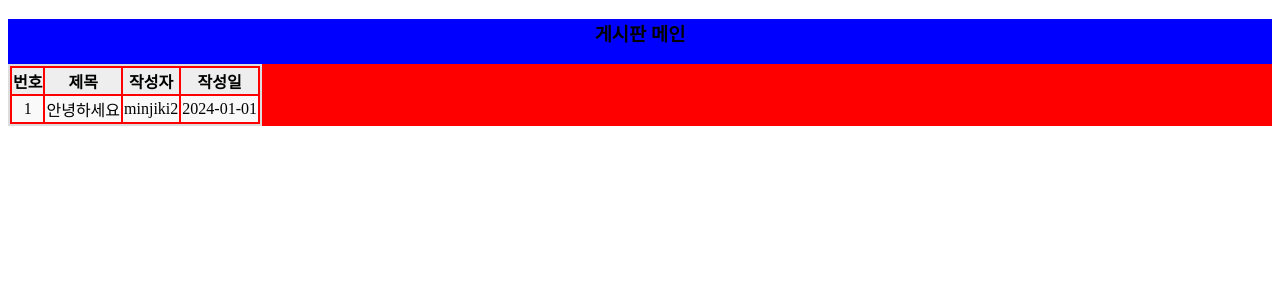
Repository: minjikimkim2222/BBS
Page: http://localhost/BBS/bbs.jsp
These files come from the project's save history. The page is drawn as it stood at one moment and after the next save; the edit follows.
The browser window is 1280 px wide. The pictures show the whole page.
The page is served by Tomcat 9. Other server files are loaded and not shown.

Above is the page before, as saved 2024-01-01 13:41:30.

### BBS/src/main/webapp/bbs.jsp
<%@ page language="java" contentType="text/html; charset=UTF-8"
    pageEncoding="UTF-8"%>
<!DOCTYPE html>
<html>
<head>

	<meta HTTP-EQUIV="content-type" CONTENT="text/html; CHARSET=UTF-8" charset = "UTF-8"> <!--  클라이언트 문자 인코딩 방식  -->
	<meta name="viewport" content="width=device-width, initial-scale=1.0">
	<link rel = "stylesheet" href = "css/bootstrap.css">

	<style>
		.container-fluid {
		background-color : red;


		}

		.container {
			background-color : blue;
		}
	</style>
	<title>bbs 게시판 화면</title>
</head>
<body>

<!-- 게시판 메인 페이지 영역 시작  -->

	<div class = "container">
		<div class = "row">
			<h3 style = "text-align : center;">게시판 메인</h3>

			<div class = "container-fluid">
				<table class = "table table-striped" style = "text-align : center; border : 2px solid #dddddd">
					<thead>
						<tr>
							<th style = "background-color : #eeeeee" >번호</th>
							<th style = "background-color : #eeeeee">제목</th>
							<th style = "background-color : #eeeeee">작성자</th>
							<th style = "background-color : #eeeeee">작성일</th>
						</tr>
					</thead>
					<tbody>
						<tr>
							<td>1</td>
							<td>안녕하세요</td>
							<td>minjiki2</td>
							<td>2024-01-01</td>
						</tr>
					</tbody>
				</table>

			<!-- 글쓰기 버튼 생성, 버튼 누르면 write.jsp 페이지로 이동할 것 -->
			</div>
		</div>
	</div>
</body>
</html>

### BBS/src/main/webapp/css/bootstrap.css
@charset "UTF-8";

.form-group {
  margin-bottom: 20px;
}

.form-control {
  display: block;
  width: 100%;
  height: 40px;
  padding: 10px 15px;
  font-size: 14px;
  line-height: 1.42857143;
  color: #555;
  background-color: #fff;
  background-image: none;
  border: 1px solid #ccc;
  border-radius: 4px;
  -webkit-box-shadow: inset 0 1px 1px rgba(0, 0, 0, .075);
          box-shadow: inset 0 1px 1px rgba(0, 0, 0, .075);
  -webkit-transition: border-color ease-in-out .15s, -webkit-box-shadow ease-in-out .15s;
       -o-transition: border-color ease-in-out .15s, box-shadow ease-in-out .15s;
          transition: border-color ease-in-out .15s, box-shadow ease-in-out .15s;
  box-sizing: border-box; /* 추가된 부분 */
}

.container {
  padding-right: 15px;
  padding-left: 15px;
  margin-right: auto;
  margin-left: auto;

}

.jumbotron {
  padding-top: 30px;
  padding-bottom: 30px;
  margin-bottom: 30px;
  color: inherit;
  background-color: #eee;
  box-sizing: border-box; /* 추가된 부분 */
}

.col-lg-4 {
  width: 33.33333333%;
}


.col-lg-5 {
    width: 41.66666667%;
}


/* 게시판 기능 추가 이후 */

table {
  background-color: transparent;
}

.table-striped > tbody > tr:nth-of-type(odd) {
  background-color: #f9f9f9;
}

.col-lg-8 {
  width: 66.66666667%;
}

 .row {
  margin-right: -15px;
  margin-left: -15px;
}

After the next save:
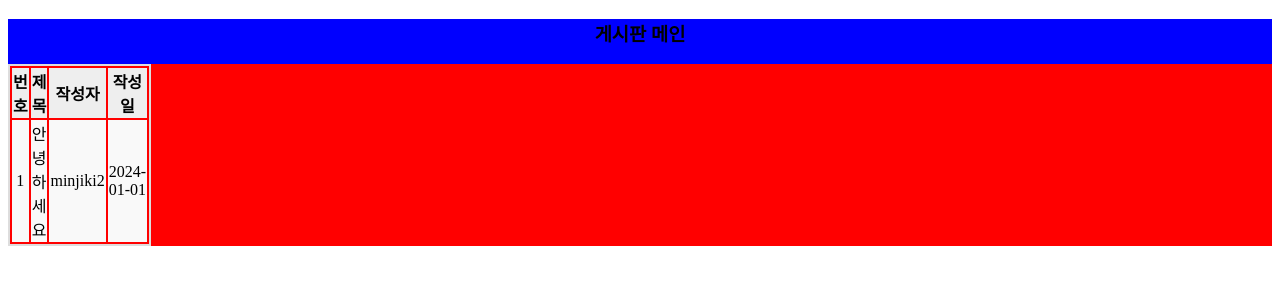
Saved 2 min 56 s later.
--- a/BBS/src/main/webapp/bbs.jsp
+++ b/BBS/src/main/webapp/bbs.jsp
@@ -30,7 +30,7 @@
 			<h3 style = "text-align : center;">게시판 메인</h3>
 
 			<div class = "container-fluid">
-				<table class = "table table-striped" style = "text-align : center; border : 2px solid #dddddd">
+				<table class = "table table-striped" style = "text-align : center; border : 2px solid #dddddd; width : 100px;">
 					<thead>
 						<tr>
 							<th style = "background-color : #eeeeee" >번호</th>

After the save that followed:
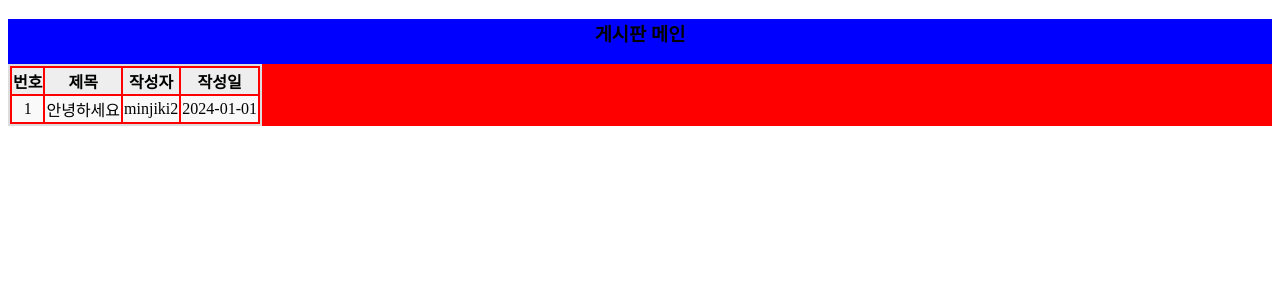
Saved 10 s later.
--- a/BBS/src/main/webapp/bbs.jsp
+++ b/BBS/src/main/webapp/bbs.jsp
@@ -30,7 +30,7 @@
 			<h3 style = "text-align : center;">게시판 메인</h3>
 
 			<div class = "container-fluid">
-				<table class = "table table-striped" style = "text-align : center; border : 2px solid #dddddd; width : 100px;">
+				<table class = "table table-striped" style = "text-align : center; border : 2px solid #dddddd">
 					<thead>
 						<tr>
 							<th style = "background-color : #eeeeee" >번호</th>
